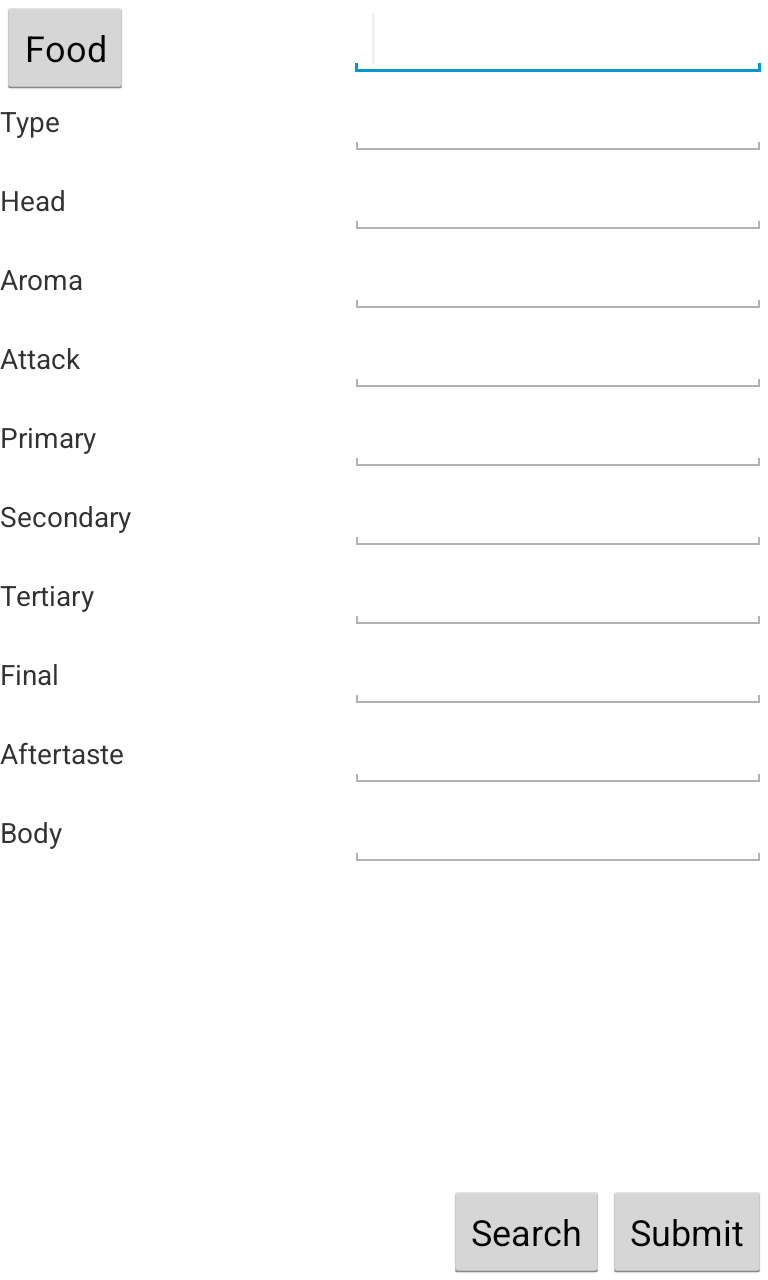
Repository: majorflight02/pairme
Layout: workspace/pairme/res/layout/fragment_beer_entry.xml
An editor plug-in stored every save of this project. The layout is shown before and after the next save, followed by the edit.
It is drawn on a 768 x 1280 px phone screen (xhdpi) without system bars, with theme AppTheme; the app's code is not run.

Above is the layout before, as saved 2013-08-25 19:05:31.

After the next save:
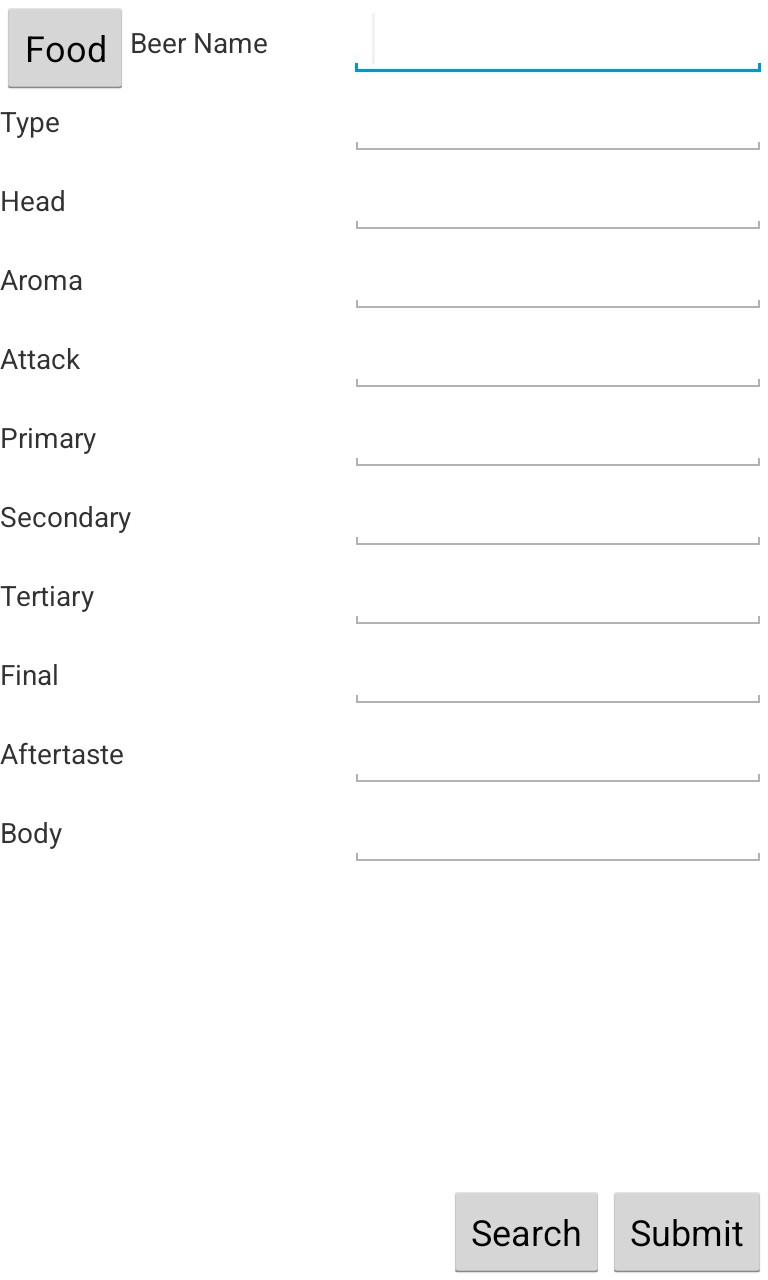
Saved 34 s later.
--- a/workspace/pairme/res/layout/fragment_beer_entry.xml
+++ b/workspace/pairme/res/layout/fragment_beer_entry.xml
@@ -33,7 +33,7 @@
 	        android:layout_width="wrap_content"
 	        android:layout_height="wrap_content"
 	        android:layout_alignParentTop="true"
-	        android:layout_toLeftOf="@+id/fragment_beer_entry_food_btn"
+	        android:layout_toRightOf="@+id/fragment_beer_entry_food_btn"
 	        android:layout_alignBaseline="@+id/fragment_beer_entry_beername_edittext"
 	        android:text="Beer Name" />
 
